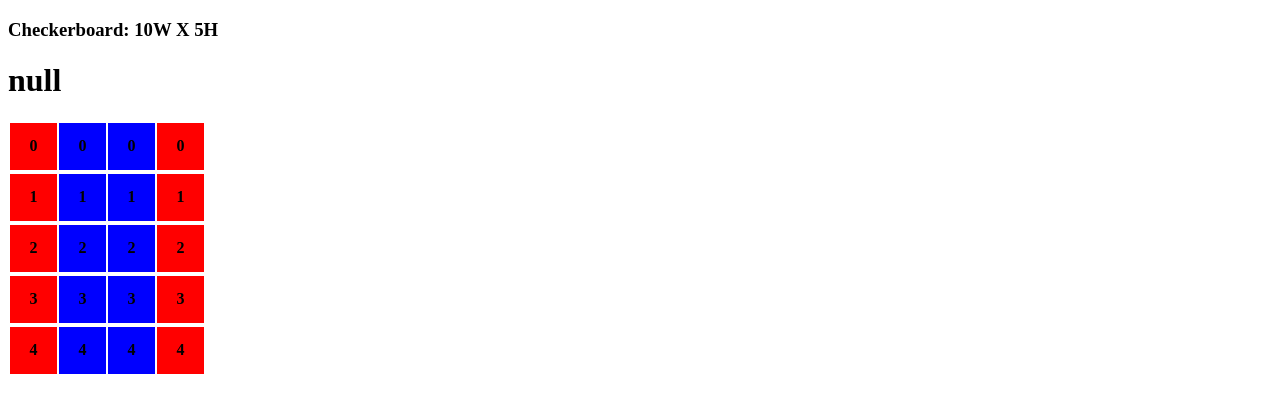
Repository: ben-mandakh/Java-Projects
Page: http://localhost/CheckerBoard/CheckerBoard.jsp
The author's editor kept a copy of each file at every save. The page is drawn from the files as they stood at one save, then again after the next save.
The browser window is 1280 px wide. The pictures show the whole page.
The page is served by Tomcat 9.

Above is the page before, as saved 2019-08-09 02:40:01.

After the next save:
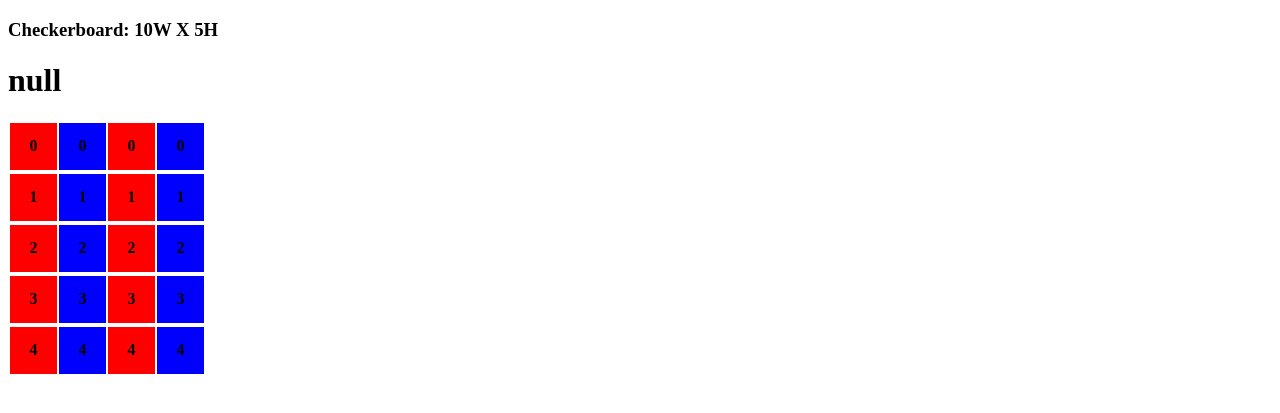
Saved 35 s later.
--- a/CheckerBoard/WebContent/CheckerBoard.jsp
+++ b/CheckerBoard/WebContent/CheckerBoard.jsp
@@ -21,8 +21,8 @@
 		<tr>
 			<th style="width:45px; height:45px; background-color: red"> <%= i %></th>
 			<th style="width:45px; height:45px; background-color: blue"> <%= i %></th>
+			<th style="width:45px; height:45px; background-color: red"> <%= i %></th>
 			<th style="width:45px; height:45px; background-color: blue"> <%= i %></th>
-			<th style="width:45px; height:45px; background-color: red"> <%= i %></th>
 		</tr>
 	</table>
 
